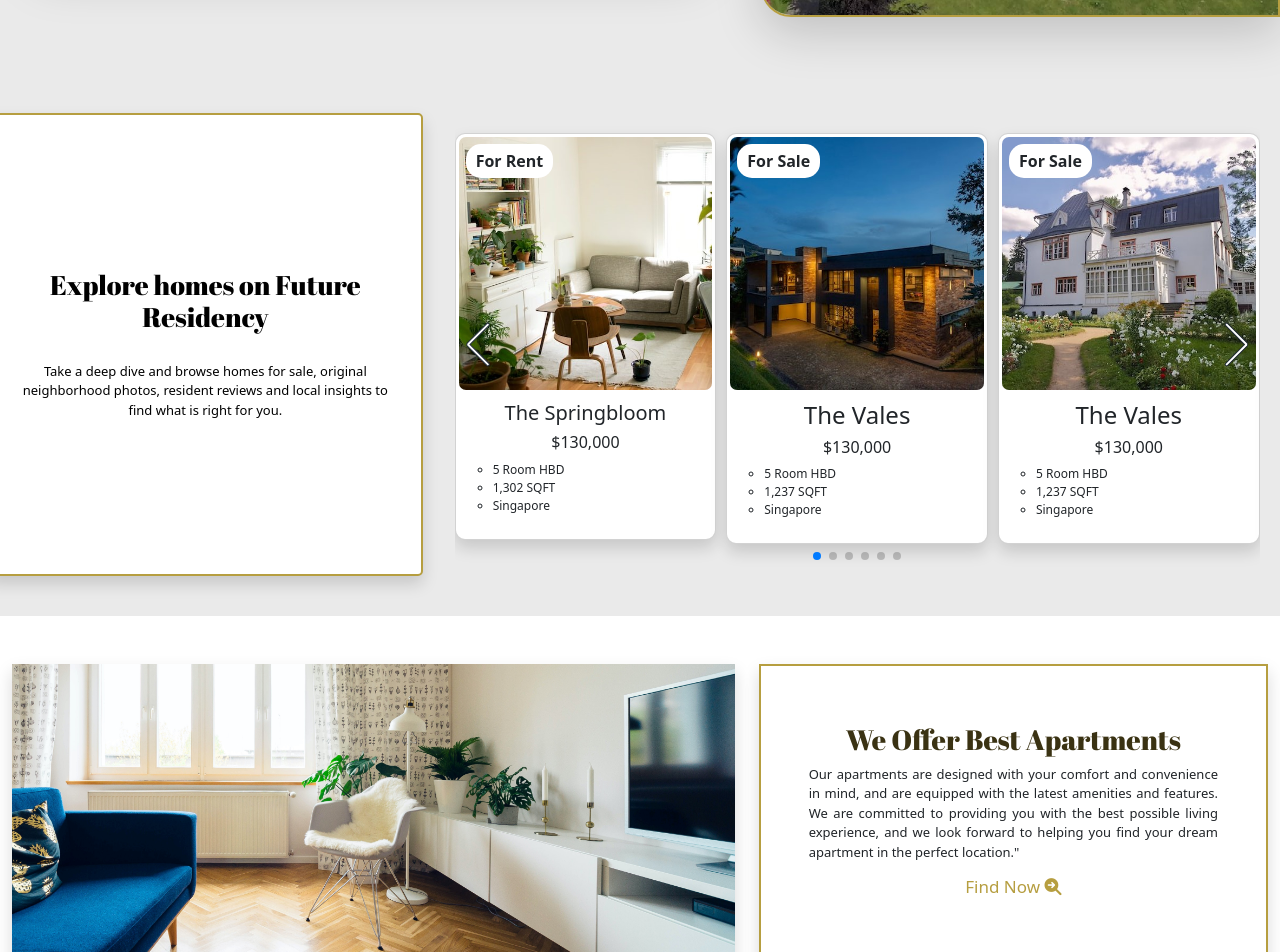
Repository: pyaestk/Future-residency
Page: index.html
An editor plug-in stored every save of this project. The page is shown before and after the next save, followed by the edit.
The browser window is 1280 px wide. The pictures show the part of the page from y = 645 to 1597 px (the page is 2753 px tall).
Pictures or frames that could not be fetched are drawn as grey boxes.

Above is the page before, as saved 2022-12-15 17:52:51.

After the next save:
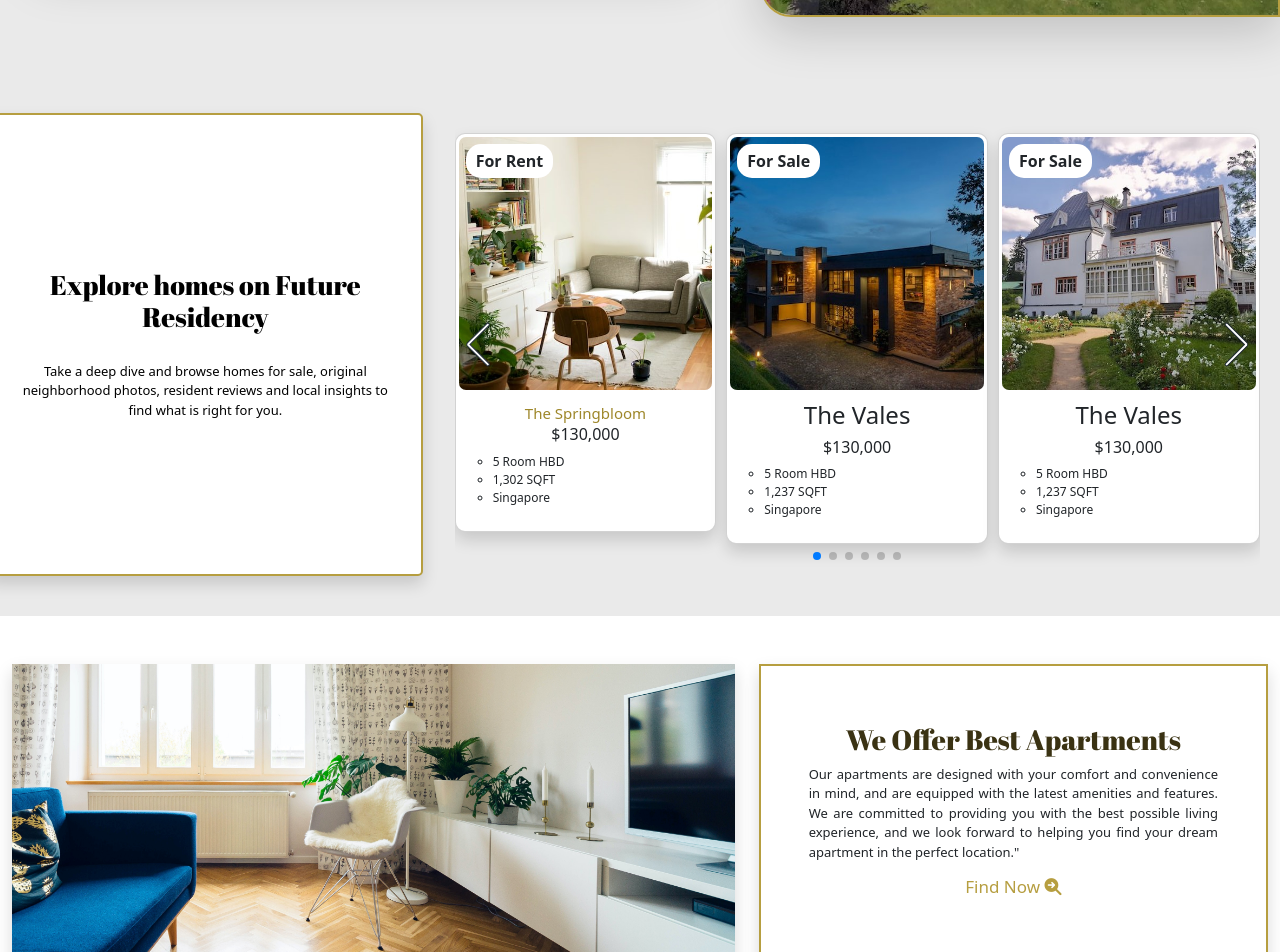
Saved 19 s later.
--- a/index.html
+++ b/index.html
@@ -199,7 +199,7 @@
                     <div class="salecard-body">
                       <div class="row">
                         <div class="col-md-12 text-center">
-                          <h5>The Springbloom</h5>
+                          <label>The Springbloom</label>
                           <h6>$130,000</h6>
                         </div>
                         <div class="col-md-12">

After the save that followed:
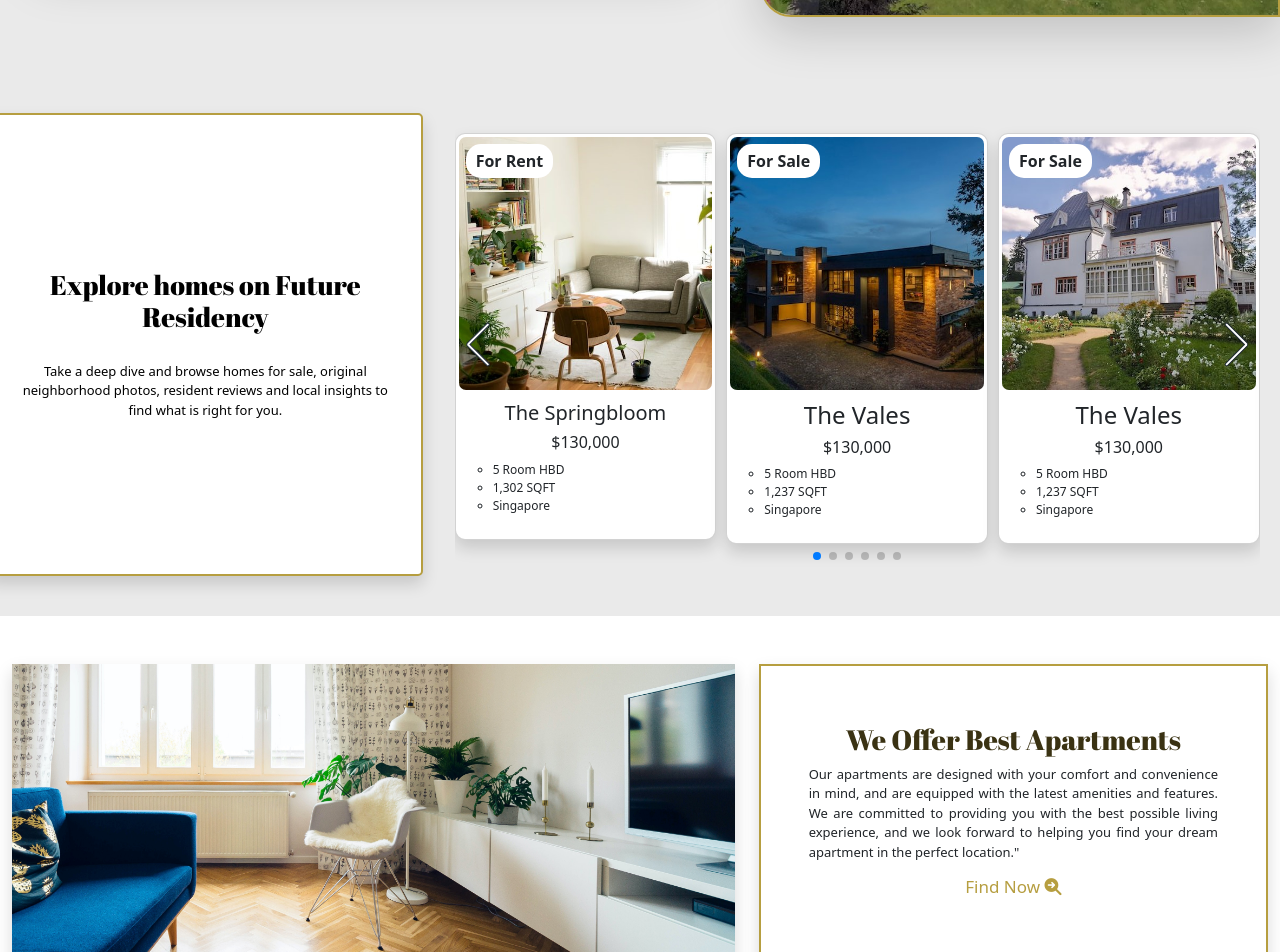
Saved 6 s later.
--- a/index.html
+++ b/index.html
@@ -199,7 +199,7 @@
                     <div class="salecard-body">
                       <div class="row">
                         <div class="col-md-12 text-center">
-                          <label>The Springbloom</label>
+                          <h5>The Springbloom</h5>
                           <h6>$130,000</h6>
                         </div>
                         <div class="col-md-12">
